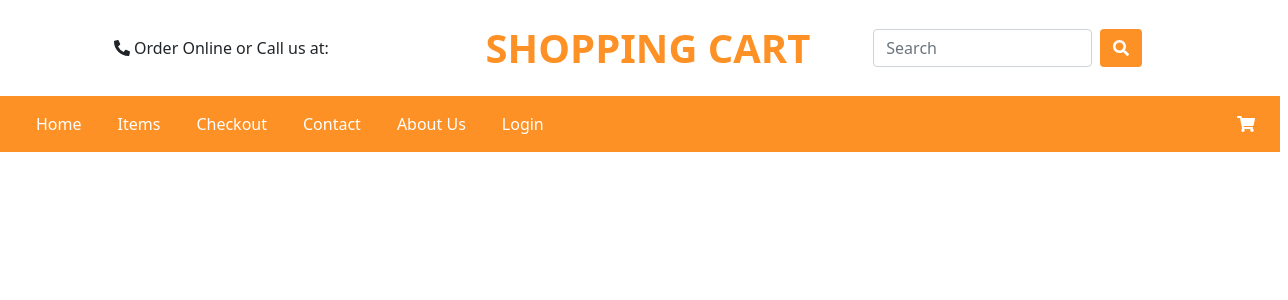
Repository: SaudCh/React-Ecommerce
Page: /login
An editor plug-in stored every save of this project. The page is shown before and after the next save, followed by the edit.
The browser window is 1280 px wide. The page is 1288 px wide, then 1280 px, so the pictures cover 1288 px, including what lies to the right of the window. The pictures show the whole page.
The project was rebuilt for these pictures with package versions that can differ from the ones it lists, and the page was loaded fresh each time. Also part of the build but not shown: src/App.css, src/Home/Carousel.jsx, src/Home/home.jsx.

Above is the page before, as saved 2021-12-05 14:06:09.

After the next save:
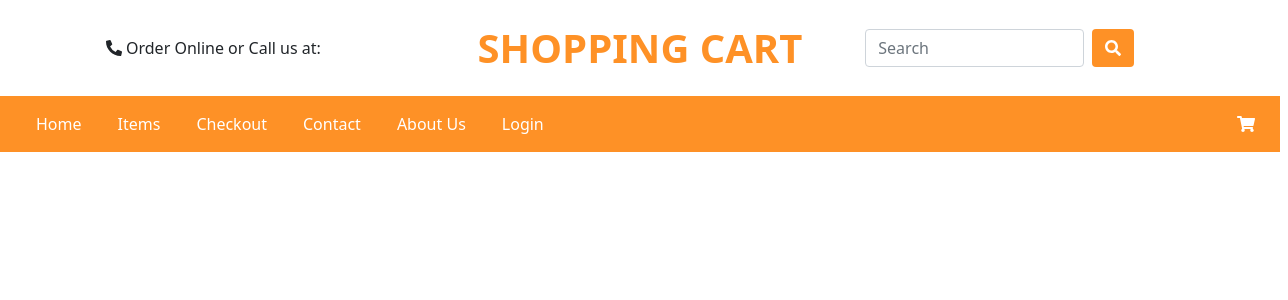
Saved 29 s later.
--- a/src/Header/Header.jsx
+++ b/src/Header/Header.jsx
@@ -11,7 +11,7 @@ import "./Header.css";
 export default function Header() {
   return (
     <div>
-      <nav className="container-fluid m-2 my-4">
+      <nav className="container-fluid my-4">
         <div className="row align-items-center">
           <div className="col-12 col-md-4 my-2 my-lg-0 text-center ">
             <p className="m-0 p-0">
